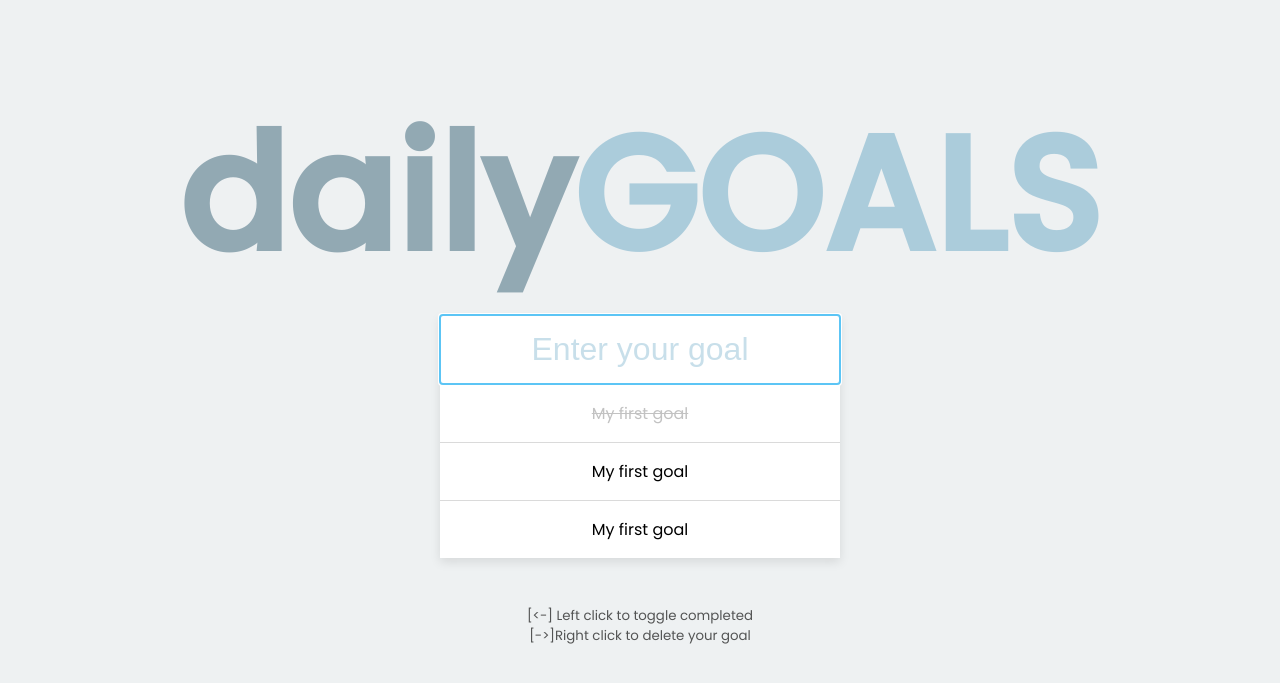
Repository: jeraldinnemg/daily-goal
Page: index.html
The author's editor kept a copy of each file at every save. The page is drawn from the files as they stood at one save, then again after the next save.
The browser window is 1280 px wide. The pictures show the whole page.
The first visible `.goal` has the focus.

Above is the page before, as saved 2022-09-06 21:00:51.

### index.html
<!DOCTYPE html>
<html lang="en">
<head>
    <meta charset="UTF-8">
    <meta http-equiv="X-UA-Compatible" content="IE=edge">
    <meta name="viewport" content="width=device-width, initial-scale=1.0">
    <link rel="stylesheet" href="style.css">
    <title>Daily goal</title>
</head>
<body>
    <div class="container">
        <h1>daily<span>GOALS</span></h1>
        <form>
            <input type="text" name="" id="goal" class="goal" placeholder="Enter your goal">
            <ul class="goals" id="goals">
                <li class="completed">My first goal</li>
                <li>My first goal</li>
                <li>My first goal</li>
            </ul>
        </form>
        <small> [<-] Left click to toggle completed <br>
            [->]Right click to delete your goal </small>
    </div>

</body>
</html>

### style.css
@import url('https://fonts.googleapis.com/css2?family=Poppins:wght@400;500&display=swap');

* {
    margin:0;
    padding:0;
    box-sizing: border-box;
}

body {
    font-family: 'Poppins', 'sans-serif';
    font-size: 1rem;
    overflow: hidden;
    background-color:rgb(238, 241, 242);
}

.container{
    display: flex;
    flex-direction: column;
    align-items: center;
    justify-content: center;
    text-align: center;
    height: 100vh;
}

h1{
    font-size: 10rem;
    color: rgb(11, 63, 87);
    opacity: 0.4;
}

h1 span{
    color:rgb(73, 150, 186)
}

form {
    box-shadow: 0 4px 10px rgba(0,0,0,0.1);
    max-width:100%;
    width:400px;
}

.goal{
    border:none;
    color:rgb(83, 84, 84);
    font-size: 2rem;
    text-align: center;
    padding: 0.5em 0em;
    display: block;
    width: 100%;;
}

.goal::placeholder{
    color: rgba(73, 150, 186, 0.3);
}

.goal:focus {
    outline-color: rgba(67, 188, 244, 0.863);
}

.goals {
    background-color: rgb(255, 255, 255);
    list-style-type:none;
}

.goals li {
    border-top: 1px solid rgb(218, 218, 218);
    cursor:pointer;
    padding: 1em 2em;
}

.goals li.completed {
    color:rgb(194, 194, 194);
    text-decoration: line-through;
}

small{
    color:rgb(83, 84, 84);

margin-top: 3rem;
}

After the next save:
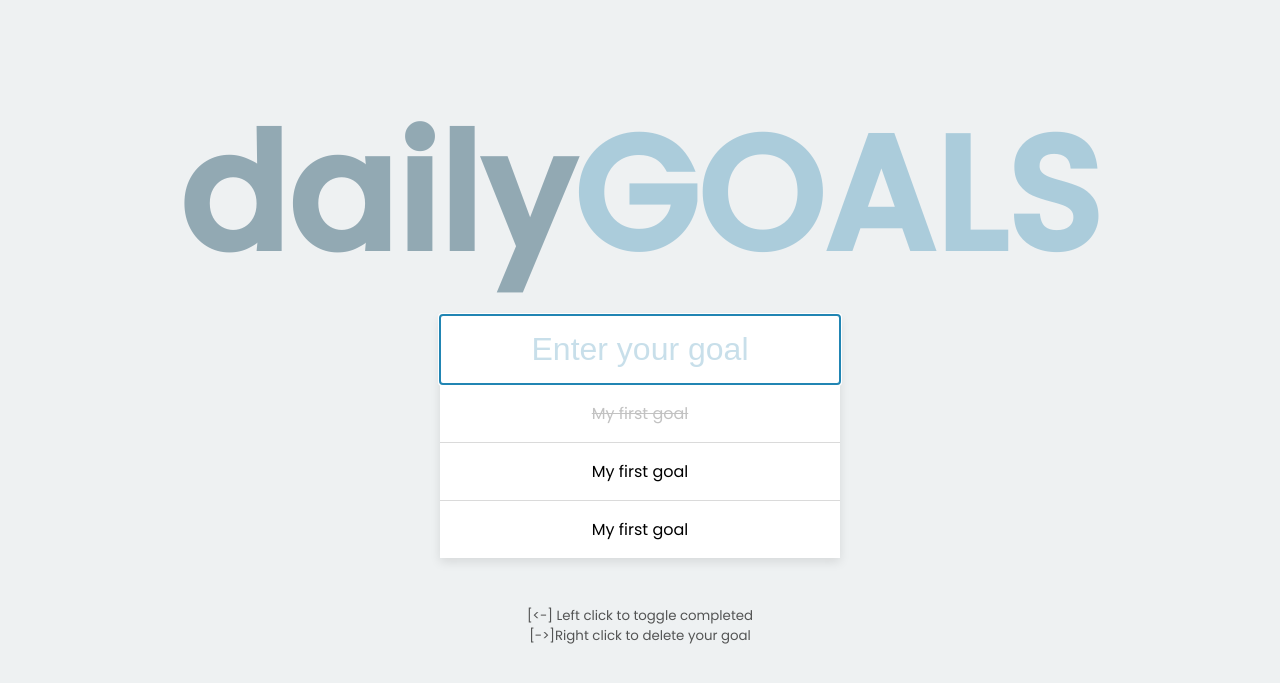
Saved 14 s later.
--- a/style.css
+++ b/style.css
@@ -53,7 +53,7 @@
 }
 
 .goal:focus {
-    outline-color: rgba(67, 188, 244, 0.863);
+    outline-color: rgb(33, 133, 179);
 }
 
 .goals {
